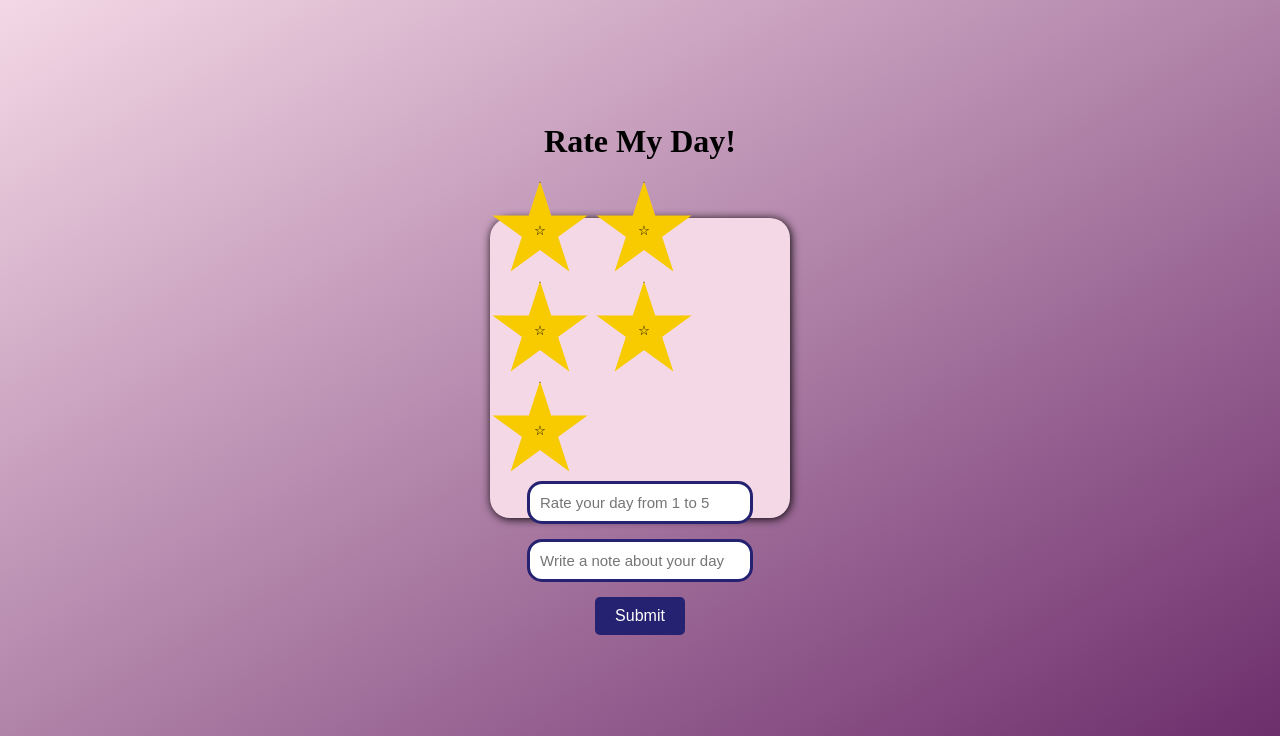
Repository: elenav24/RateMyDay
Page: frontend/index.html
An editor plug-in stored every save of this project. The page is shown before and after the next save, followed by the edit.
The browser window is 1280 px wide. The pictures show the whole page.

Above is the page before, as saved 2025-05-15 13:23:02.

### frontend/index.html
<!DOCTYPE html>

<html lang="en">
    <head>
        <meta charset="utf-8">
        <title>Rate My Day!</title>
        <meta name="description" content="Welcome to Rate My Day!">
        <meta name="viewport" content="width=device-width, initial-scale=1">
        <link rel="stylesheet" href="style.css">
    </head>
    <body>
        <div class="card">
            <h1>Rate My Day!</h1>
                <div class="stars">
                    <button class="star-btn" id="star1" onclick=fillStar(1) data-value="1"></button>
                    <button class="star-btn" id="star2" onclick=fillStar(2) data-value="2"></button>
                    <button class="star-btn" id="star3" onclick=fillStar(3) data-value="3"></button>
                    <button class="star-btn" id="star4" onclick=fillStar(4) data-value="4"></button>
                    <button class="star-btn" id="star5" onclick=fillStar(5) data-value="5"></button>
                </div>
            <input type="text" id="rating" placeholder="Rate your day from 1 to 5">
            <input type="text" id="note" placeholder="Write a note about your day">
            <button id="submit">Submit</button>
        </div>

        <script src="script.js" defer></script>
    </body>
</html>

### frontend/style.css
body {
    display: flex;
    justify-content: center;
    align-items: center;
    height: 100vh;
    background: linear-gradient(to right bottom, #f4d8e6, #6d2e6c);
}

.card {
    display: flex;
    flex-direction: column;
    align-items: center;
    justify-content: center;
    width: 300px;
    height: 300px;
    box-shadow: 1px 1px 10px #000;
    border-radius: 20px;
    background-color: #f4d8e6;
}

#rating, #note {
    border: 3px solid #252271;
    border-radius: 15px;
    width: 200px;
    padding: 10px;
    padding-left: 10px;
    margin-bottom: 15px;
    font-size: 15px;
}

#submit {
    background-color: #252271;
    color: white;
    border: none;
    border-radius: 5px;
    padding: 10px 20px;
    cursor: pointer;
    font-size: 16px;
}

.star-btn {
    width: 100px;
    aspect-ratio: 1;
    background: #F8CA00;
    clip-path: polygon(50% 0,
        calc(50%*(1 + sin(.4turn))) calc(50%*(1 - cos(.4turn))),
        calc(50%*(1 - sin(.2turn))) calc(50%*(1 - cos(.2turn))),
        calc(50%*(1 + sin(.2turn))) calc(50%*(1 - cos(.2turn))),
        calc(50%*(1 - sin(.4turn))) calc(50%*(1 - cos(.4turn)))
    );
  /* or more simple
  clip-path: polygon(50% 0,79% 90%,2% 35%,98% 35%,21% 90%);
   */
}

.star-btn.hover::before {
    color: gold;
}

.star-btn::before {
    content: '☆';
    color: rgb(16, 16, 15);
}

.star-btn.filled::before {
    content: '★';
    color: gold;
}

### frontend/script.js
document.addEventListener('DOMContentLoaded', () => {
    const button = document.getElementById('submit');
    const rating = document.getElementById('rating');
    const note = document.getElementById('note');

    button.addEventListener('click', async () => {
        const ratingValue = parseInt(rating.value);
        const noteValue = note.value;

        if (isNaN(ratingValue) || ratingValue < 1 || ratingValue > 5) {
            alert('Please enter a valid rating between 1 and 5.');
            return;
        }

        const payload = {
            rating: ratingValue,
            note: noteValue
        };

        try {
            const response = await fetch('http://localhost:8000/rate', {
                method: 'POST',
                headers: {
                    'Content-Type': 'application/json'
                },
                body: JSON.stringify(payload)

            });

            const data = await response.json();
            alert(data.message);



        } catch (error) {
            console.error('Submission Error:', error);
            alert('An error occurred while submitting your rating.');
        }

        // Clear the input fields after submission
        rating.value = '';
        note.value = '';

    });

});

const stars = document.querySelectorAll('.stars .star-btn');

stars.forEach(star => {
    star.addEventListener('mouseenter', () => {
        const value = parseInt(star.getAttribute('data-value'));
        highlightStars(value);
});

    star.addEventListener('mouseleave', () => {
        highlightStars(0); // Clear preview
});

    star.addEventListener('click', () => {
        const value = parseInt(star.getAttribute('data-value'));
        fillStars(value);
    });
});

    function highlightStars(value) {
    stars.forEach(star => {
        const starValue = parseInt(star.getAttribute('data-value'));
        star.classList.toggle('hover', starValue <= value);
    });
}

    function fillStars(value) {
    stars.forEach(star => {
        const starValue = parseInt(star.getAttribute('data-value'));
        star.classList.toggle('filled', starValue <= value);
    });
}

After the next save:
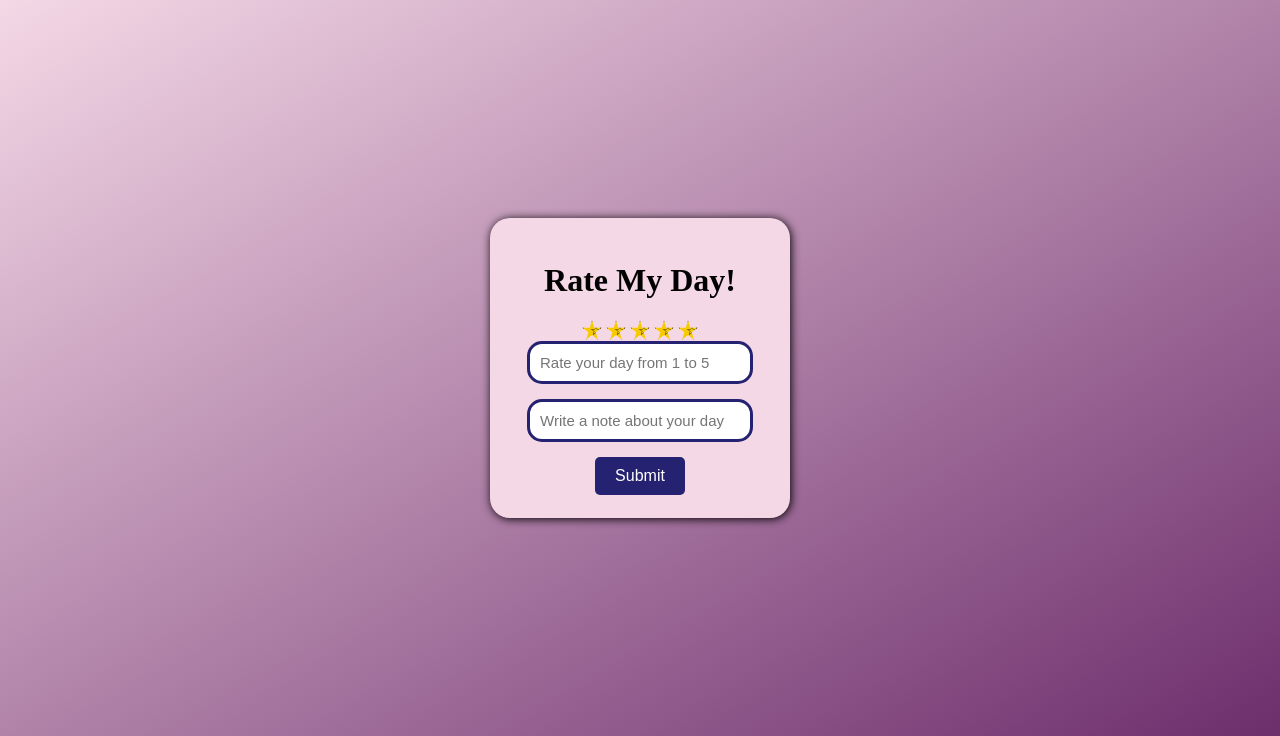
Saved 8 s later.
--- a/frontend/style.css
+++ b/frontend/style.css
@@ -39,7 +39,7 @@ body {
 }
 
 .star-btn {
-    width: 100px;
+    width: 20px;
     aspect-ratio: 1;
     background: #F8CA00;
     clip-path: polygon(50% 0,
